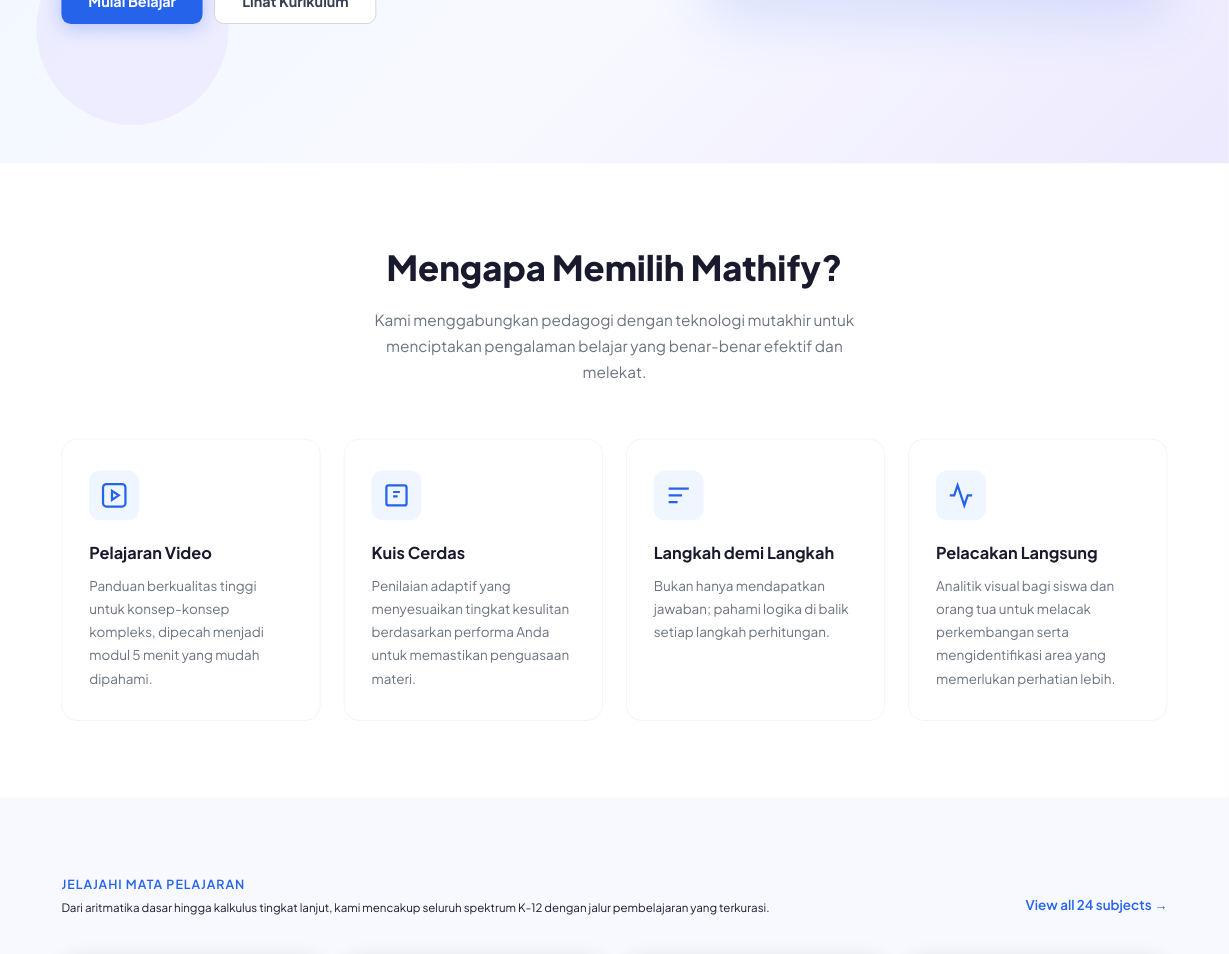
Repository: AdityaRevangga/Mathify
Page: / (app in frontend/)
The author's editor kept a copy of each file at every save. The page is drawn from the files as they stood at one save, then again after the next save.
The browser window is 1280 px wide. The pictures show the part of the page from y = 550 to 1544 px (the page is 2632 px tall before and 2658 px after), at 96% of full size.
Pictures or frames that could not be fetched are drawn as grey boxes. The page's requests for data from a server got no answer. The project was rebuilt for these pictures with package versions that can differ from the ones it lists, and the page was loaded fresh each time. No one was signed in, and anything a server would have sent is missing. Also part of the build but not shown: frontend/vite.config.js, frontend/src/index.css, frontend/src/hooks/useAuth.js, frontend/src/router/ProtectedRoute.jsx, frontend/src/components/Sidebar.jsx, frontend/src/components/Topbar.jsx, frontend/src/layouts/DashboardLayout.jsx, frontend/src/layouts/AuthLayout.jsx and 14 more.

Above is the page before, as saved 2026-06-02 14:29:08.

### frontend/index.html
<!doctype html>
<html lang="id">
  <head>
    <meta charset="UTF-8" />
    <link rel="icon" type="image/svg+xml" href="/favicon.svg" />
    <meta name="viewport" content="width=device-width, initial-scale=1.0" />
    <title>Mathify - Platform Belajar Matematika Interaktif</title>
    <!-- Plus Jakarta Sans Font -->
    <link rel="preconnect" href="https://fonts.googleapis.com">
    <link rel="preconnect" href="https://fonts.gstatic.com" crossorigin>
    <link href="https://fonts.googleapis.com/css2?family=Plus+Jakarta+Sans:wght@400;500;600;700;800&display=swap" rel="stylesheet">
  </head>
  <body>
    <div id="root"></div>
    <script type="module" src="/src/main.jsx"></script>
  </body>
</html>

### frontend/src/App.jsx
import React, { useEffect } from 'react';
import { BrowserRouter } from 'react-router-dom';
import { AuthProvider } from './context/AuthContext';
import AppRouter from './router/AppRouter';
import './styles/shared.css'; // Global core variables and core classes

function App() {
  useEffect(() => {
    const savedTheme = localStorage.getItem('theme');
    if (savedTheme === 'dark') {
      document.body.classList.add('dark-mode');
    } else {
      document.body.classList.remove('dark-mode');
    }
  }, []);

  return (
    <AuthProvider>
      <BrowserRouter>
        <AppRouter />
      </BrowserRouter>
    </AuthProvider>
  );
}

export default App;

### frontend/src/pages/LandingPage.jsx
import React, { useState, useEffect } from 'react';
import { useNavigate } from 'react-router-dom';

const LandingPage = () => {
  const navigate = useNavigate();
  const [scrolled, setScrolled] = useState(false);

  useEffect(() => {
    const handleScroll = () => setScrolled(window.scrollY > 20);
    window.addEventListener('scroll', handleScroll);
    return () => window.removeEventListener('scroll', handleScroll);
  }, []);

  const subjects = [
    { title: 'Bilangan', lessons: 11, color: '#FF6B35', image: 'https://images.unsplash.com/photo-1596495578065-6e0763fa1178?w=400&q=80' },
    { title: 'Aljabar dan Fungsi', lessons: 21, color: '#1A1A2E', image: 'https://images.unsplash.com/photo-1509228627152-72ae9ae6848d?w=400&q=80' },
    { title: 'Trigonometry', lessons: 76, color: '#E91E8C', image: 'https://images.unsplash.com/photo-1635070041078-e363dbe005cb?w=400&q=80' },
    { title: 'Geometry', lessons: 19, color: '#2D2D2D', image: 'https://images.unsplash.com/photo-1558618666-fcd25c85cd64?w=400&q=80' },
  ];

  const features = [
    {
      icon: (
        <svg width="28" height="28" fill="none" stroke="currentColor" strokeWidth="2" viewBox="0 0 24 24">
          <rect x="2" y="2" width="20" height="20" rx="3" /><polygon points="10,8 16,12 10,16" />
        </svg>
      ),
      title: 'Pelajaran Video',
      desc: 'Panduan berkualitas tinggi untuk konsep-konsep kompleks, dipecah menjadi modul 5 menit yang mudah dipahami.',
    },
    {
      icon: (
        <svg width="28" height="28" fill="none" stroke="currentColor" strokeWidth="2" viewBox="0 0 24 24">
          <rect x="3" y="3" width="18" height="18" rx="2" /><path d="M9 9h6M9 13h4" />
        </svg>
      ),
      title: 'Kuis Cerdas',
      desc: 'Penilaian adaptif yang menyesuaikan tingkat kesulitan berdasarkan performa Anda untuk memastikan penguasaan materi.',
    },
    {
      icon: (
        <svg width="28" height="28" fill="none" stroke="currentColor" strokeWidth="2" viewBox="0 0 24 24">
          <path d="M3 6h18M3 12h12M3 18h8" />
        </svg>
      ),
      title: 'Langkah demi Langkah',
      desc: 'Bukan hanya mendapatkan jawaban; pahami logika di balik setiap langkah perhitungan.',
    },
    {
      icon: (
        <svg width="28" height="28" fill="none" stroke="currentColor" strokeWidth="2" viewBox="0 0 24 24">
          <polyline points="22,12 18,12 15,21 9,3 6,12 2,12" />
        </svg>
      ),
      title: 'Pelacakan Langsung',
      desc: 'Analitik visual bagi siswa dan orang tua untuk melacak perkembangan serta mengidentifikasi area yang memerlukan perhatian lebih.',
    },
  ];

  return (
    <div style={{ fontFamily: "'Plus Jakarta Sans', 'Nunito', sans-serif", backgroundColor: '#F8F9FF', color: '#1A1A2E', overflowX: 'hidden' }}>

      {/* Navbar */}
      <nav style={{
        position: 'fixed', top: 0, left: 0, right: 0, zIndex: 100,
        padding: '0 5%',
        height: 64,
        display: 'flex', alignItems: 'center', justifyContent: 'space-between',
        background: scrolled ? 'rgba(255,255,255,0.95)' : 'transparent',
        backdropFilter: scrolled ? 'blur(12px)' : 'none',
        boxShadow: scrolled ? '0 1px 24px rgba(0,0,0,0.07)' : 'none',
        transition: 'all 0.3s ease',
      }}>
        <span style={{ fontWeight: 800, fontSize: 22, color: '#2563EB', letterSpacing: '-0.5px' }}>Mathify</span>
        <div style={{ display: 'flex', gap: 12, alignItems: 'center' }}>
          <button onClick={() => navigate('/login')} style={{
            padding: '8px 20px', borderRadius: 8, border: '1.5px solid #D1D5DB',
            background: 'white', color: '#374151', fontWeight: 600, fontSize: 14, cursor: 'pointer',
            transition: 'all 0.2s',
          }}
            onMouseEnter={e => { e.target.style.borderColor = '#2563EB'; e.target.style.color = '#2563EB'; }}
            onMouseLeave={e => { e.target.style.borderColor = '#D1D5DB'; e.target.style.color = '#374151'; }}>
            Log In
          </button>
          <button onClick={() => navigate('/register')} style={{
            padding: '8px 20px', borderRadius: 8, border: 'none',
            background: '#2563EB', color: 'white', fontWeight: 600, fontSize: 14, cursor: 'pointer',
            transition: 'all 0.2s',
          }}
            onMouseEnter={e => e.target.style.background = '#1D4ED8'}
            onMouseLeave={e => e.target.style.background = '#2563EB'}>
            Sign Up
          </button>
        </div>
      </nav>

      {/* Hero */}
      <section style={{
        minHeight: '100vh',
        display: 'flex', alignItems: 'center',
        padding: '100px 5% 60px',
        background: 'linear-gradient(135deg, #EFF6FF 0%, #F8F9FF 60%, #EDE9FE 100%)',
        position: 'relative',
        overflow: 'hidden',
      }}>
        {/* decorative circles */}
        <div style={{ position: 'absolute', top: 80, right: '8%', width: 420, height: 420, borderRadius: '50%', background: 'rgba(37,99,235,0.06)', pointerEvents: 'none' }} />
        <div style={{ position: 'absolute', bottom: 40, left: '3%', width: 200, height: 200, borderRadius: '50%', background: 'rgba(139,92,246,0.07)', pointerEvents: 'none' }} />

        <div style={{ display: 'flex', alignItems: 'center', gap: 60, width: '100%', maxWidth: 1200, margin: '0 auto', flexWrap: 'wrap' }}>
          {/* Left */}
          <div style={{ flex: 1, minWidth: 300, animation: 'fadeUp 0.8s ease both' }}>
            <div style={{
              display: 'inline-flex', alignItems: 'center', gap: 8,
              background: '#EFF6FF', border: '1px solid #BFDBFE',
              borderRadius: 100, padding: '6px 16px', marginBottom: 24,
              fontSize: 13, fontWeight: 600, color: '#2563EB',
            }}>
              <span>✦</span> Merevolusi Pendidikan Matematika K-12
            </div>
            <h1 style={{ fontSize: 'clamp(36px, 4vw, 56px)', fontWeight: 800, lineHeight: 1.15, marginBottom: 20, letterSpacing: '-1px' }}>
              Kuasai Matematika<br />bersama{' '}
              <span style={{ color: '#2563EB' }}>Mathify</span>
            </h1>
            <p style={{ fontSize: 16, color: '#6B7280', lineHeight: 1.7, marginBottom: 36, maxWidth: 460 }}>
              Buka potensi Anda dengan pelajaran interaktif, latihan berbasis AI yang dipersonalisasi, dan kurikulum yang dirancang untuk mengubah kecemasan terhadap matematika menjadi penguasaan matematika.
            </p>
            <div style={{ display: 'flex', gap: 12, flexWrap: 'wrap' }}>
              <button onClick={() => navigate('/register')} style={{
                padding: '14px 28px', borderRadius: 10, border: 'none',
                background: '#2563EB', color: 'white', fontWeight: 700, fontSize: 15, cursor: 'pointer',
                boxShadow: '0 4px 20px rgba(37,99,235,0.3)',
                transition: 'all 0.2s',
              }}
                onMouseEnter={e => { e.target.style.background = '#1D4ED8'; e.target.style.transform = 'translateY(-2px)'; }}
                onMouseLeave={e => { e.target.style.background = '#2563EB'; e.target.style.transform = 'none'; }}>
                Mulai Belajar
              </button>
              <button style={{
                padding: '14px 28px', borderRadius: 10,
                border: '1.5px solid #D1D5DB', background: 'white',
                color: '#374151', fontWeight: 700, fontSize: 15, cursor: 'pointer',
                transition: 'all 0.2s',
              }}
                onMouseEnter={e => { e.target.style.borderColor = '#2563EB'; e.target.style.color = '#2563EB'; }}
                onMouseLeave={e => { e.target.style.borderColor = '#D1D5DB'; e.target.style.color = '#374151'; }}>
                Lihat Kurikulum
              </button>
            </div>
          </div>

          {/* Right image */}
          <div style={{ flex: 1, minWidth: 280, display: 'flex', justifyContent: 'flex-end' }}>
            <div style={{
              width: '100%', maxWidth: 480, height: 340,
              borderRadius: 20, overflow: 'hidden',
              boxShadow: '0 20px 60px rgba(37,99,235,0.15)',
            }}>
              <img
                src="https://images.unsplash.com/photo-1596495578065-6e0763fa1178?w=800&q=80"
                alt="Math tools"
                style={{ width: '100%', height: '100%', objectFit: 'cover' }}
              />
            </div>
          </div>
        </div>
      </section>

      {/* Why Mathify */}
      <section style={{ padding: '80px 5%', background: 'white' }}>
        <div style={{ maxWidth: 1200, margin: '0 auto' }}>
          <div style={{ textAlign: 'center', marginBottom: 56 }}>
            <h2 style={{ fontSize: 'clamp(24px, 3vw, 36px)', fontWeight: 800, marginBottom: 12 }}>Mengapa Memilih Mathify?</h2>
            <p style={{ color: '#6B7280', fontSize: 16, maxWidth: 520, margin: '0 auto', lineHeight: 1.7 }}>
              Kami menggabungkan pedagogi dengan teknologi mutakhir untuk menciptakan pengalaman belajar yang benar-benar efektif dan melekat.
            </p>
          </div>
          <div style={{ display: 'grid', gridTemplateColumns: 'repeat(auto-fit, minmax(240px, 1fr))', gap: 24 }}>
            {features.map((f, i) => (
              <div key={i} style={{
                padding: '32px 28px', borderRadius: 16,
                border: '1.5px solid #F3F4F6',
                background: 'white',
                transition: 'all 0.25s',
                cursor: 'default',
              }}
                onMouseEnter={e => {
                  e.currentTarget.style.borderColor = '#BFDBFE';
                  e.currentTarget.style.boxShadow = '0 8px 32px rgba(37,99,235,0.1)';
                  e.currentTarget.style.transform = 'translateY(-4px)';
                }}
                onMouseLeave={e => {
                  e.currentTarget.style.borderColor = '#F3F4F6';
                  e.currentTarget.style.boxShadow = 'none';
                  e.currentTarget.style.transform = 'none';
                }}>
                <div style={{
                  width: 52, height: 52, borderRadius: 12,
                  background: '#EFF6FF', color: '#2563EB',
                  display: 'flex', alignItems: 'center', justifyContent: 'center',
                  marginBottom: 20,
                }}>
                  {f.icon}
                </div>
                <h3 style={{ fontWeight: 700, fontSize: 17, marginBottom: 10 }}>{f.title}</h3>
                <p style={{ color: '#6B7280', fontSize: 14, lineHeight: 1.7 }}>{f.desc}</p>
              </div>
            ))}
          </div>
        </div>
      </section>

      {/* Subjects */}
      <section style={{ padding: '80px 5%', background: '#F8F9FF' }}>
        <div style={{ maxWidth: 1200, margin: '0 auto' }}>
          <div style={{ display: 'flex', justifyContent: 'space-between', alignItems: 'flex-end', marginBottom: 40, flexWrap: 'wrap', gap: 16 }}>
            <div>
              <p style={{ fontSize: 13, fontWeight: 600, color: '#2563EB', marginBottom: 6, textTransform: 'uppercase', letterSpacing: 1 }}>Jelajahi Mata Pelajaran</p>
              <h2 style={{ fontSize: 'clamp(12px, 3vw, 12px)', fontWeight: 300, lineHeight: 1.3, maxWidth: 800 }}>
                Dari aritmatika dasar hingga kalkulus tingkat lanjut, kami mencakup seluruh spektrum K-12 dengan jalur pembelajaran yang terkurasi.
              </h2>
            </div>
            <a href="#" style={{ color: '#2563EB', fontWeight: 600, fontSize: 14, textDecoration: 'none', whiteSpace: 'nowrap' }}>
              View all 24 subjects →
            </a>
          </div>

          <div style={{ display: 'grid', gridTemplateColumns: 'repeat(auto-fit, minmax(220px, 1fr))', gap: 20 }}>
            {subjects.map((s, i) => (
              <div key={i} style={{
                borderRadius: 16, overflow: 'hidden', position: 'relative',
                height: 280, cursor: 'pointer',
                boxShadow: '0 4px 20px rgba(0,0,0,0.1)',
                transition: 'transform 0.25s, box-shadow 0.25s',
              }}
                onMouseEnter={e => { e.currentTarget.style.transform = 'translateY(-6px)'; e.currentTarget.style.boxShadow = '0 12px 40px rgba(0,0,0,0.18)'; }}
                onMouseLeave={e => { e.currentTarget.style.transform = 'none'; e.currentTarget.style.boxShadow = '0 4px 20px rgba(0,0,0,0.1)'; }}>
                <img src={s.image} alt={s.title} style={{ width: '100%', height: '100%', objectFit: 'cover' }} />
                <div style={{
                  position: 'absolute', inset: 0,
                  background: `linear-gradient(to top, rgba(0,0,0,0.75) 0%, rgba(0,0,0,0.1) 60%)`,
                }} />
                <div style={{ position: 'absolute', bottom: 0, left: 0, right: 0, padding: '20px 20px 16px' }}>
                  <h3 style={{ color: 'white', fontWeight: 700, fontSize: 18, marginBottom: 6 }}>{s.title}</h3>
                  <div style={{ display: 'flex', alignItems: 'center', justifyContent: 'space-between' }}>
                    <span style={{ color: 'rgba(255,255,255,0.8)', fontSize: 13 }}>{s.lessons} Lessons</span>
                    <div style={{
                      width: 28, height: 28, borderRadius: '50%',
                      background: 'rgba(255,255,255,0.2)', backdropFilter: 'blur(4px)',
                      display: 'flex', alignItems: 'center', justifyContent: 'center',
                      color: 'white', fontSize: 14,
                    }}>→</div>
                  </div>
                </div>
              </div>
            ))}
          </div>
        </div>
      </section>

      {/* CTA Banner */}
      <section style={{
        padding: '72px 5%',
        background: 'linear-gradient(135deg, #2563EB, #7C3AED)',
        textAlign: 'center',
      }}>
        <h2 style={{ color: 'white', fontSize: 'clamp(24px, 3vw, 40px)', fontWeight: 800, marginBottom: 16 }}>
          Siap untuk Mulai Belajar?
        </h2>
        <p style={{ color: 'rgba(255,255,255,0.8)', fontSize: 16, marginBottom: 32, maxWidth: 480, margin: '0 auto 32px' }}>
          Bergabunglah dengan ribuan siswa yang sudah menguasai matematika bersama Mathify.
        </p>
        <button onClick={() => navigate('/register')} style={{
          padding: '14px 36px', borderRadius: 10,
          background: 'white', color: '#2563EB',
          fontWeight: 700, fontSize: 16, border: 'none', cursor: 'pointer',
          boxShadow: '0 4px 24px rgba(0,0,0,0.15)',
          transition: 'all 0.2s',
        }}
          onMouseEnter={e => { e.target.style.transform = 'translateY(-2px)'; e.target.style.boxShadow = '0 8px 32px rgba(0,0,0,0.2)'; }}
          onMouseLeave={e => { e.target.style.transform = 'none'; e.target.style.boxShadow = '0 4px 24px rgba(0,0,0,0.15)'; }}>
          Daftar Gratis Sekarang
        </button>
      </section>

      {/* Footer */}
      <footer style={{ background: '#0F172A', color: 'white', padding: '60px 5% 32px' }}>
        <div style={{ maxWidth: 1200, margin: '0 auto' }}>
          <div style={{ display: 'grid', gridTemplateColumns: 'repeat(auto-fit, minmax(180px, 1fr))', gap: 40, marginBottom: 48 }}>
            <div>
              <h3 style={{ fontWeight: 800, fontSize: 20, color: '#60A5FA', marginBottom: 12 }}>Mathify</h3>
              <p style={{ color: '#94A3B8', fontSize: 14, lineHeight: 1.7 }}>
                Empowering the next generation of mathematicians through accessible, engaging, and highly effective digital education.
              </p>
              <div style={{ display: 'flex', gap: 12, marginTop: 16 }}>
                {['🌐', '✉️', '▶️'].map((icon, i) => (
                  <div key={i} style={{
                    width: 34, height: 34, borderRadius: 8,
                    background: 'rgba(255,255,255,0.08)',
                    display: 'flex', alignItems: 'center', justifyContent: 'center',
                    fontSize: 16, cursor: 'pointer',
                  }}>{icon}</div>
                ))}
              </div>
            </div>
            <div>
              <h4 style={{ fontWeight: 700, fontSize: 13, textTransform: 'uppercase', letterSpacing: 1, color: '#94A3B8', marginBottom: 16 }}>Celerates</h4>
              {['Our Team', 'About', 'Contact'].map(item => (
                <div key={item} style={{ marginBottom: 10 }}>
                  <a href="#" style={{ color: '#CBD5E1', fontSize: 14, textDecoration: 'none' }}>{item}</a>
                </div>
              ))}
            </div>
            <div>
              <h4 style={{ fontWeight: 700, fontSize: 13, textTransform: 'uppercase', letterSpacing: 1, color: '#94A3B8', marginBottom: 16 }}>Learning</h4>
              {['All Courses', 'Smart Quizzes', 'Video Library', 'Study Planner'].map(item => (
                <div key={item} style={{ marginBottom: 10 }}>
                  <a href="#" style={{ color: '#CBD5E1', fontSize: 14, textDecoration: 'none' }}>{item}</a>
                </div>
              ))}
            </div>
            <div>
              <h4 style={{ fontWeight: 700, fontSize: 13, textTransform: 'uppercase', letterSpacing: 1, color: '#94A3B8', marginBottom: 16 }}>Newsletter</h4>
              <p style={{ color: '#94A3B8', fontSize: 14, marginBottom: 14 }}>Get the latest math tips and course updates.</p>
              <div style={{ display: 'flex', gap: 8 }}>
                <input placeholder="Your email address" style={{
                  flex: 1, padding: '10px 14px', borderRadius: 8,
                  border: '1px solid rgba(255,255,255,0.1)',
                  background: 'rgba(255,255,255,0.07)', color: 'white',
                  fontSize: 14, outline: 'none',
                }} />
                <button style={{
                  padding: '10px 14px', borderRadius: 8, border: 'none',
                  background: '#2563EB', color: 'white', cursor: 'pointer', fontWeight: 700,
                }}>→</button>
              </div>
            </div>
          </div>
          <div style={{ borderTop: '1px solid rgba(255,255,255,0.08)', paddingTop: 24, display: 'flex', justifyContent: 'space-between', flexWrap: 'wrap', gap: 12 }}>
            <p style={{ color: '#64748B', fontSize: 13 }}>© 2026 Mathify Academy. All rights reserved.</p>
            <div style={{ display: 'flex', gap: 24 }}>
              {['Privacy Policy', 'Terms of Service', 'Cookies'].map(item => (
                <a key={item} href="#" style={{ color: '#64748B', fontSize: 13, textDecoration: 'none' }}>{item}</a>
              ))}
            </div>
          </div>
        </div>
      </footer>

      <style>{`
        @import url('https://fonts.googleapis.com/css2?family=Plus+Jakarta+Sans:wght@400;500;600;700;800&display=swap');
        * { margin: 0; padding: 0; box-sizing: border-box; }
        @keyframes fadeUp {
          from { opacity: 0; transform: translateY(30px); }
          to { opacity: 1; transform: translateY(0); }
        }
      `}</style>
    </div>
  );
};

export default LandingPage;

Loaded but not shown: frontend/src/main.jsx (common file); frontend/src/services/api.js (163 lines, source omitted); frontend/src/styles/quiz-list.css (729 lines, source omitted); frontend/src/styles/profil.css (465 lines, source omitted); frontend/src/styles/dashboard.css (513 lines, source omitted); frontend/src/styles/materi.css (286 lines, source omitted); frontend/src/styles/shared.css (445 lines, source omitted); frontend/src/styles/pengaturan.css (292 lines, source omitted); frontend/src/styles/login.css (354 lines, source omitted); frontend/src/styles/register.css (335 lines, source omitted); frontend/src/context/AuthContext.jsx (111 lines, source omitted); frontend/src/router/AppRouter.jsx (53 lines, source omitted); frontend/src/styles/topik.css (no copy from this time; the picture is the same without it)

After the next save:
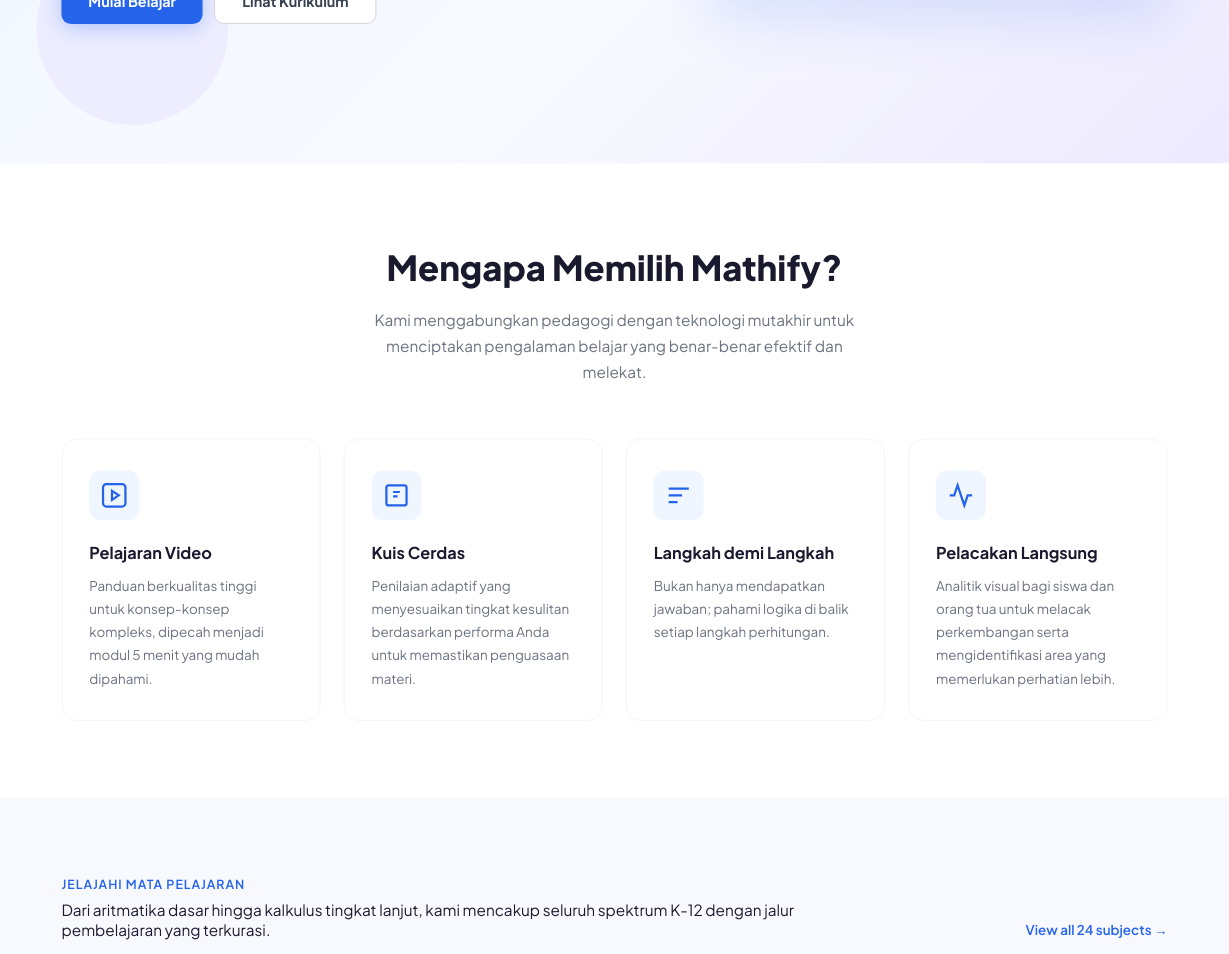
Saved 12 s later.
--- a/frontend/src/pages/LandingPage.jsx
+++ b/frontend/src/pages/LandingPage.jsx
@@ -216,7 +216,7 @@
           <div style={{ display: 'flex', justifyContent: 'space-between', alignItems: 'flex-end', marginBottom: 40, flexWrap: 'wrap', gap: 16 }}>
             <div>
               <p style={{ fontSize: 13, fontWeight: 600, color: '#2563EB', marginBottom: 6, textTransform: 'uppercase', letterSpacing: 1 }}>Jelajahi Mata Pelajaran</p>
-              <h2 style={{ fontSize: 'clamp(12px, 3vw, 12px)', fontWeight: 300, lineHeight: 1.3, maxWidth: 800 }}>
+              <h2 style={{ fontSize: 'clamp(12px, 3vw, 16px)', fontWeight: 300, lineHeight: 1.3, maxWidth: 800 }}>
                 Dari aritmatika dasar hingga kalkulus tingkat lanjut, kami mencakup seluruh spektrum K-12 dengan jalur pembelajaran yang terkurasi.
               </h2>
             </div>
